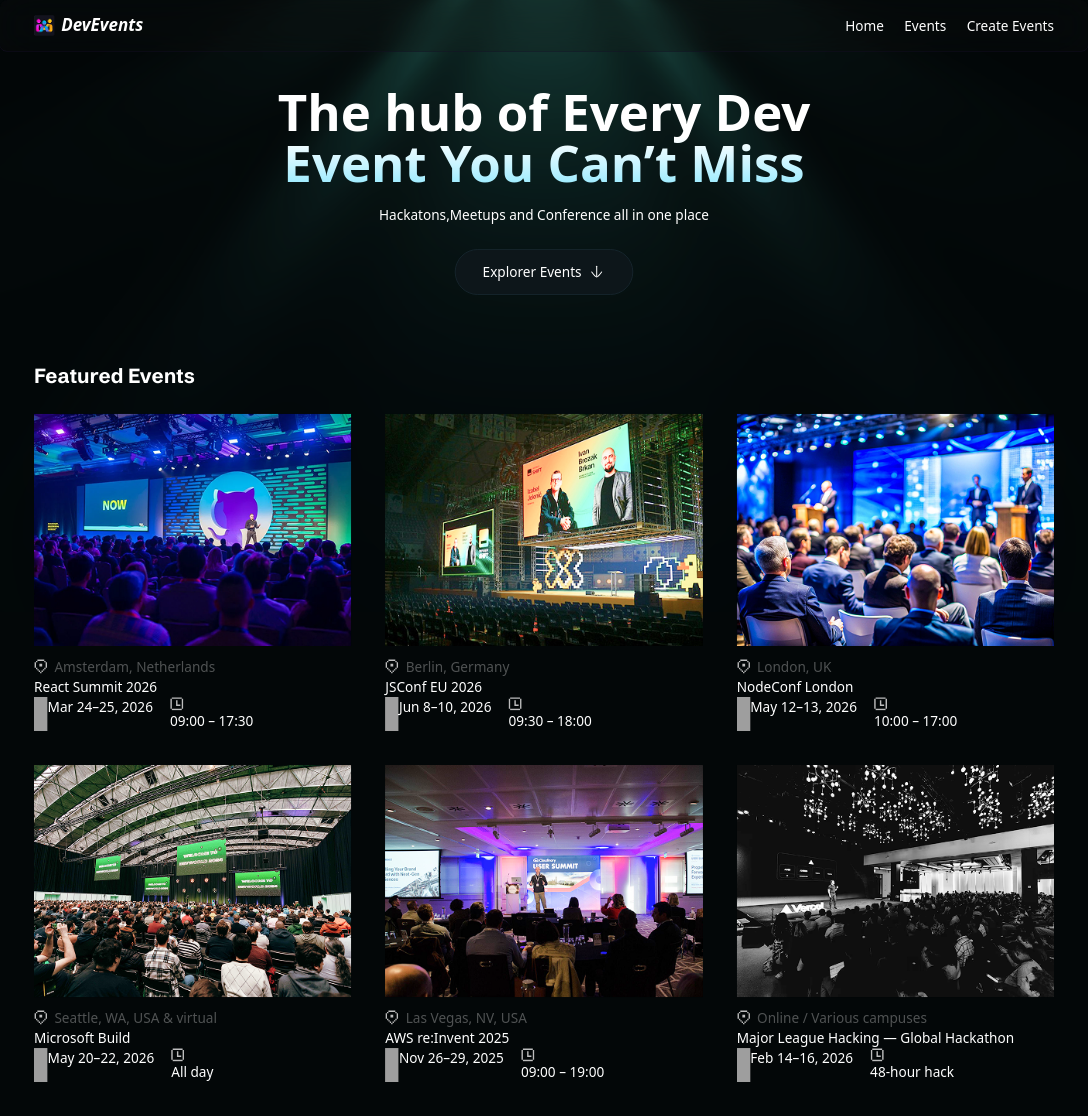
Repository: SWEBelva/Events-webapp-nextjs
Page: /
An editor plug-in stored every save of this project. The page is shown before and after the next save, followed by the edit.
The browser window is 1280 px wide. The pictures show the whole page, at 85% of full size.
Pictures or frames that could not be fetched are drawn as grey boxes. Some web fonts or font styles are not loaded; a fallback is used. The project was rebuilt for these pictures with package versions that can differ from the ones it lists, and the page was loaded fresh each time. The framework's server and built-in components were replaced by stand-ins that run in the browser. Also part of the build but not shown: next.config.ts.

Above is the page before, as saved 2025-10-31 04:25:50.

### app/layout.tsx
import type { Metadata } from "next";
import { Schibsted_Grotesk, Martian_Mono } from "next/font/google";
import LightRays from "@/Component/LightRay";
import Navbar from "@/Component/Navbar";
import "./globals.css";

const schibstedGrotesk = Schibsted_Grotesk({
  variable: "--font-schibsted-grotesk",
  subsets: ["latin"],
});

const martianMono = Martian_Mono({
  variable: "--font-martian-mono",
  subsets: ["latin"],
});

export const metadata: Metadata = {
  title: "Dev events",
  description: "The hub of every dev event around the world.",
};

export default function RootLayout({
  children,
}: Readonly<{
  children: React.ReactNode;
}>) {
  return (
    <html lang="en">
      <body
        className={`${schibstedGrotesk.variable} ${martianMono.variable} min-h-screen antialiased`}
      >
        <Navbar/>
        <div className="absolute inset-0 top-0 z-[-1] min-h-screen">
          <LightRays
            raysOrigin="top-center"
            raysColor="#5dfeca"
            raysSpeed={0.5}
            lightSpread={0.9}
            rayLength={1.4}
            followMouse={true}
            mouseInfluence={0.02}
            noiseAmount={0.0}
            distortion={0.01}

          />
        </div>
        <main>
 {children}
        </main>

      </body>
    </html>
  );
}

### app/page.tsx
import ExploreBin from "@/Component/ExploreBin"
import Eventcards from "@/Component/Eventcards"
import { events } from "@/lib/constants"
const Home = () => {
  return (
    <section>
    <div>
      <h1 className="text-center">The hub of Every Dev <br/>  Event You Can’t Miss</h1>
      <p className="text-center mt-5">Hackatons,Meetups and Conference all in one place</p>
      <ExploreBin/>
    </div>
    <div className="mt-20 space-y-7">
      <h3>Featured Events </h3>
      <ul className="events list-none">
        {events.map((event) => (
          <li key={event.slug || event.title}>
            <Eventcards {...event} />
          </li>
        ))}
      </ul>

    </div>
    </section>
  )
}

export default Home

### Component/Navbar.tsx
import Link from "next/link"
import Image from "next/image"
const Navbar = () => {
  return (
   <header>
    <nav>
   <Link href='/' className="logo">
   <Image src="/icons/logo.png" alt="Dev Events Logo" width={24} height={24}/>
   <p>DevEvents</p>
   </Link>
   <ul>
    <Link href="/">Home</Link>
    <Link href="/">Events</Link>
    <Link href="/">Create Events</Link>
   </ul>
    </nav>
   </header>
  )
}

export default Navbar

### Component/ExploreBin.tsx
'use client'
import Image from "next/image"

const ExploreBin = () => {
  return (
    <button  type='button' id='explore-btn'className="mt-7 mx-auto"  onClick={()=>console.log('CLICK')}>
        <a href="#events">
             Explorer Events
             <Image src="/icons/arrow-down.svg" alt="arrow down" width={20} height={20}/>
        </a>
    </button>
  )
}

export default ExploreBin

### Component/Eventcards.tsx
import Link from "next/link"
import Image from "next/image"
interface Props{
    title:string;
    image:string;
    slug:string;
    location:string;
    date:string;
    time:string;
}
const Eventcards = ({title,image,slug,location,date,time}:Props) => {
  return (
    <Link href='{/events/${slug}}'  className="event-card">
    <Image src={image} alt={title} width={410} height={200} className="poster"/>
    <div className="flex flex-row gap-2 mt-3">
      <Image src="/icons/pin.svg" alt="location icon" width={16} height={16}/>
      <p className="title opacity-30">{location}</p>
    </div>
    <p className="title">{title}</p>
    <div className="datetime flex flex-row gap-5 ">
      <div  className="flex flex-row">
      <Image src="/icons/calendar.svg" alt="calendar icon" width={16} height={16}/>
       <p className="title">{date}</p>
      </div>
       <div>
      <Image src="/icons/clock.svg" alt="calendar icon" width={16} height={16}/>
       <p className="title">{time}</p>
      </div>
    </div>

    </Link>
  )
}

export default Eventcards

### lib/constants.ts
export type EventItem = {
  title: string;
  image: string; // path under /public
  slug: string;
  location: string;
  date: string; // human-readable date
  time: string; // human-readable time or range
  short?: string;
};

export const events: EventItem[] = [
  {
    title: "React Summit 2026",
    image: "/images/event1.png",
    slug: "react-summit-2026",
    location: "Amsterdam, Netherlands",
    date: "Mar 24–25, 2026",
    time: "09:00 – 17:30",
    short: "A global conference focused on the React ecosystem — keynotes, workshops and networking.",
  },
  {
    title: "JSConf EU 2026",
    image: "/images/event2.png",
    slug: "jsconf-eu-2026",
    location: "Berlin, Germany",
    date: "Jun 8–10, 2026",
    time: "09:30 – 18:00",
    short: "European edition of JSConf with a broad agenda covering web platform, tooling and performance.",
  },
  {
    title: "NodeConf London",
    image: "/images/event3.png",
    slug: "nodeconf-london-2026",
    location: "London, UK",
    date: "May 12–13, 2026",
    time: "10:00 – 17:00",
    short: "Node.js focused technical talks, deep dives and community meetups.",
  },
  {
    title: "Microsoft Build",
    image: "/images/event4.png",
    slug: "microsoft-build-2026",
    location: "Seattle, WA, USA & virtual",
    date: "May 20–22, 2026",
    time: "All day",
    short: "Microsoft's developer conference covering Azure, .NET, Teams and AI tooling.",
  },
  {
    title: "AWS re:Invent 2025",
    image: "/images/event5.png",
    slug: "aws-reinvent-2025",
    location: "Las Vegas, NV, USA",
    date: "Nov 26–29, 2025",
    time: "09:00 – 19:00",
    short: "Cloud-focused conference with product launches, hands-on labs and deep technical sessions.",
  },
  {
    title: "Major League Hacking — Global Hackathon",
    image: "/images/event6.png",
    slug: "mlh-global-hackathon-2026",
    location: "Online / Various campuses",
    date: "Feb 14–16, 2026",
    time: "48-hour hack",
    short: "Community hackathon for students and early-career builders — prizes and mentorship.",
  },
];

Loaded but not shown: app/globals.css (common file); Component/LightRay.tsx (453 lines, source omitted)

After the next save:
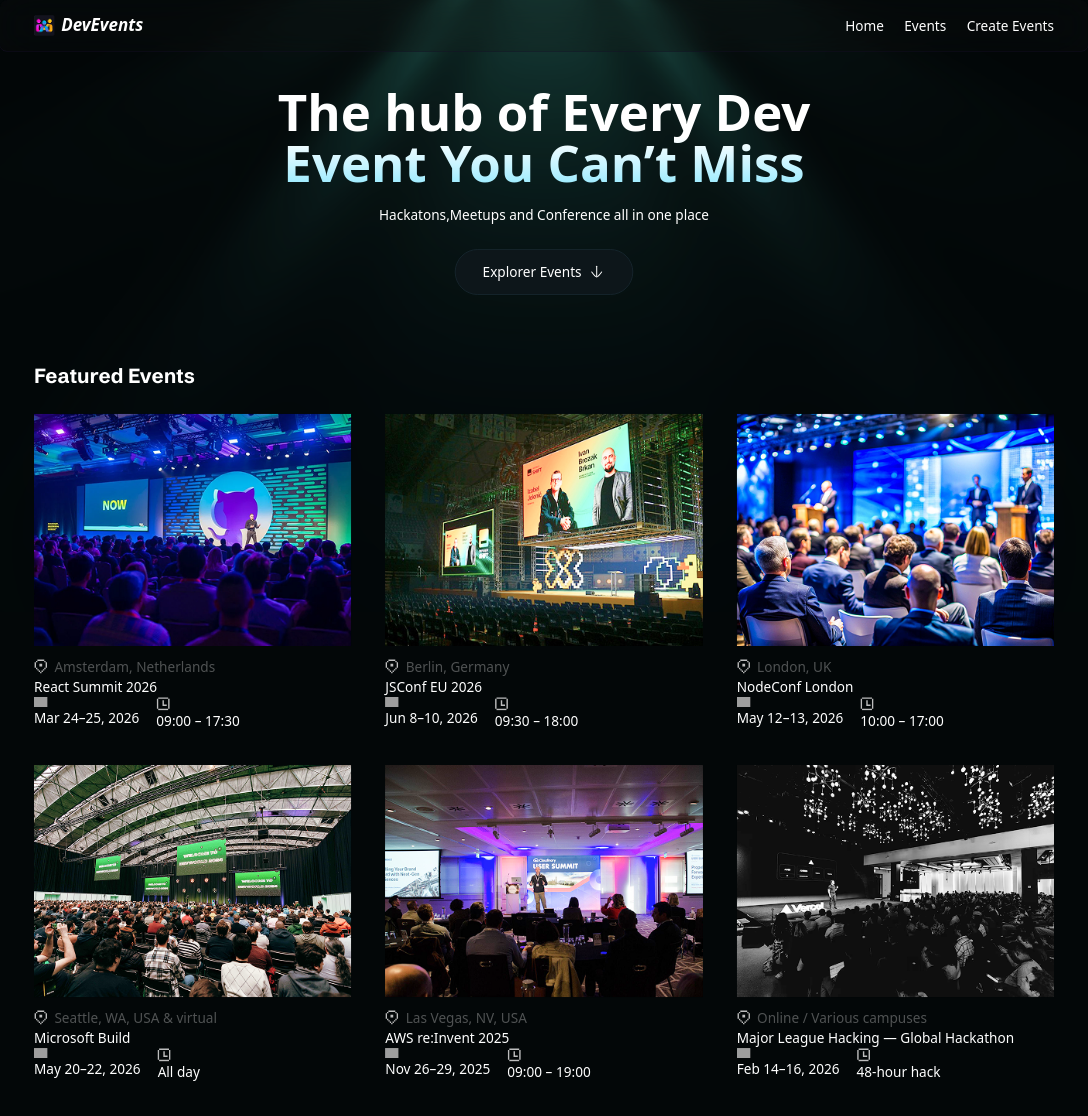
Saved 27 s later.
--- a/Component/Eventcards.tsx
+++ b/Component/Eventcards.tsx
@@ -18,7 +18,7 @@
     </div>
     <p className="title">{title}</p>
     <div className="datetime flex flex-row gap-5 ">
-      <div  className="flex flex-row">
+      <div  >
       <Image src="/icons/calendar.svg" alt="calendar icon" width={16} height={16}/>
        <p className="title">{date}</p>
       </div>

After the save that followed:
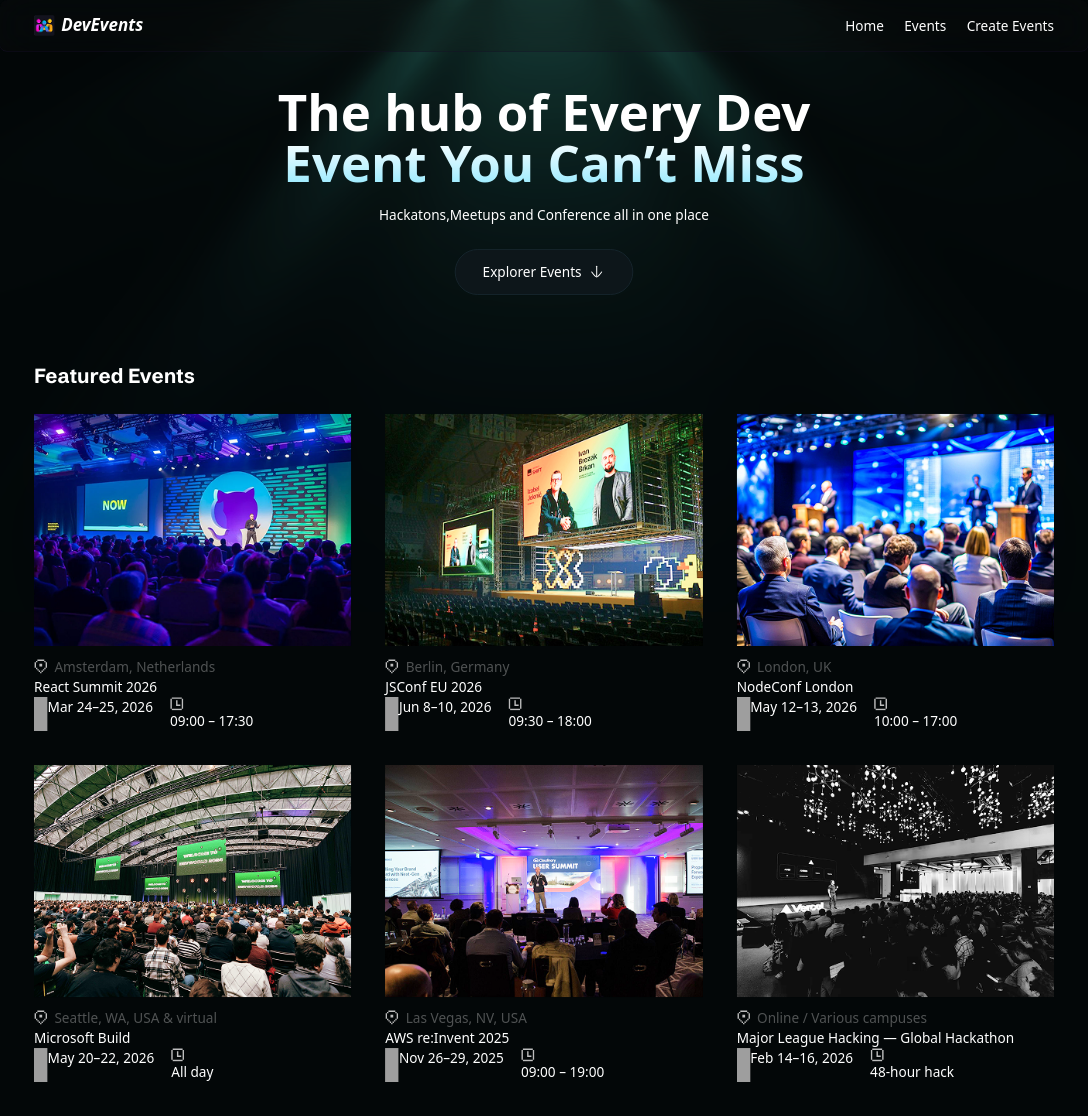
Saved 6 s later.
--- a/Component/Eventcards.tsx
+++ b/Component/Eventcards.tsx
@@ -18,7 +18,7 @@
     </div>
     <p className="title">{title}</p>
     <div className="datetime flex flex-row gap-5 ">
-      <div  >
+      <div  className="flex flex-row">
       <Image src="/icons/calendar.svg" alt="calendar icon" width={16} height={16}/>
        <p className="title">{date}</p>
       </div>
